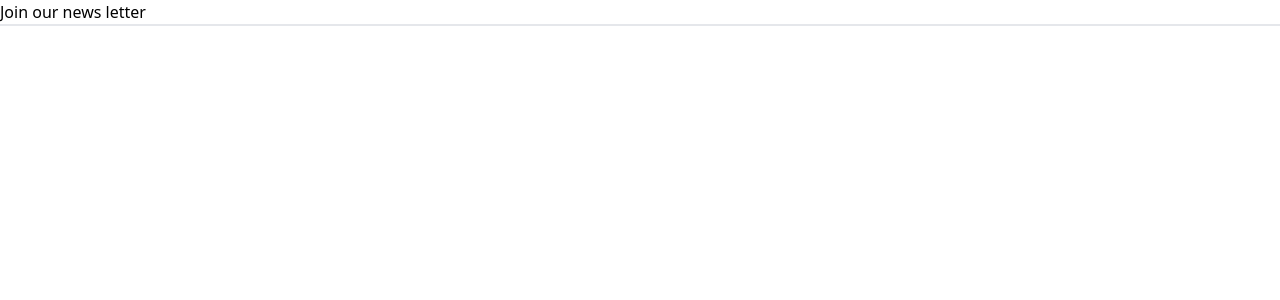
Repository: kenyi-mic/Luka_blog
Page: /footer
An editor plug-in stored every save of this project. The page is shown before and after the next save, followed by the edit.
The browser window is 1280 px wide. The pictures show the whole page.
The project was rebuilt for these pictures with package versions that can differ from the ones it lists, and the page was loaded fresh each time. The framework's server and built-in components were replaced by stand-ins that run in the browser. Also part of the build but not shown: next.config.js.

Above is the page before, as saved 2022-04-18 14:50:11.

### pages/footer.tsx
import React from 'react'

function footer() {
  return (
    <div>
        <h1>Join our news letter</h1>
        <hr className="w-full border bg-gray-200"/>
    </div>
  )
}

export default footer

Loaded but not shown: pages/_app.tsx (common file); styles/globals.css (common file); tailwind.config.js (common file)

After the next save:
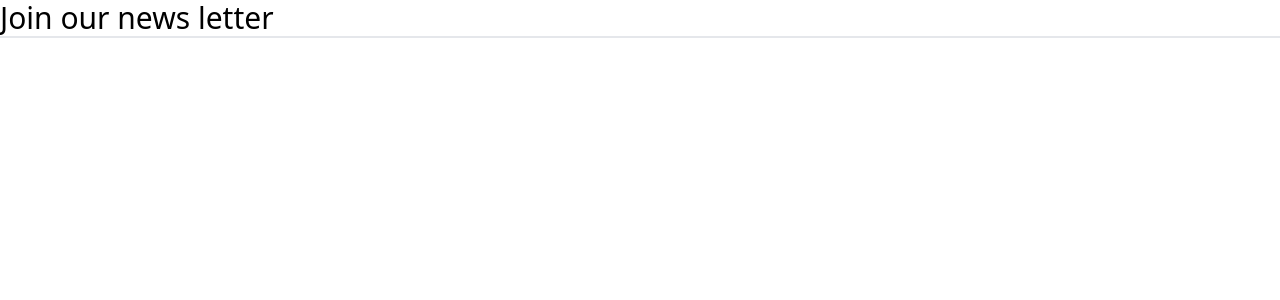
Saved 97 s later.
--- a/pages/footer.tsx
+++ b/pages/footer.tsx
@@ -3,7 +3,7 @@
 function footer() {
   return (
     <div>
-        <h1>Join our news letter</h1>
+        <h1 className="text-3xl text-black">Join our news letter</h1>
         <hr className="w-full border bg-gray-200"/>
     </div>
   )
